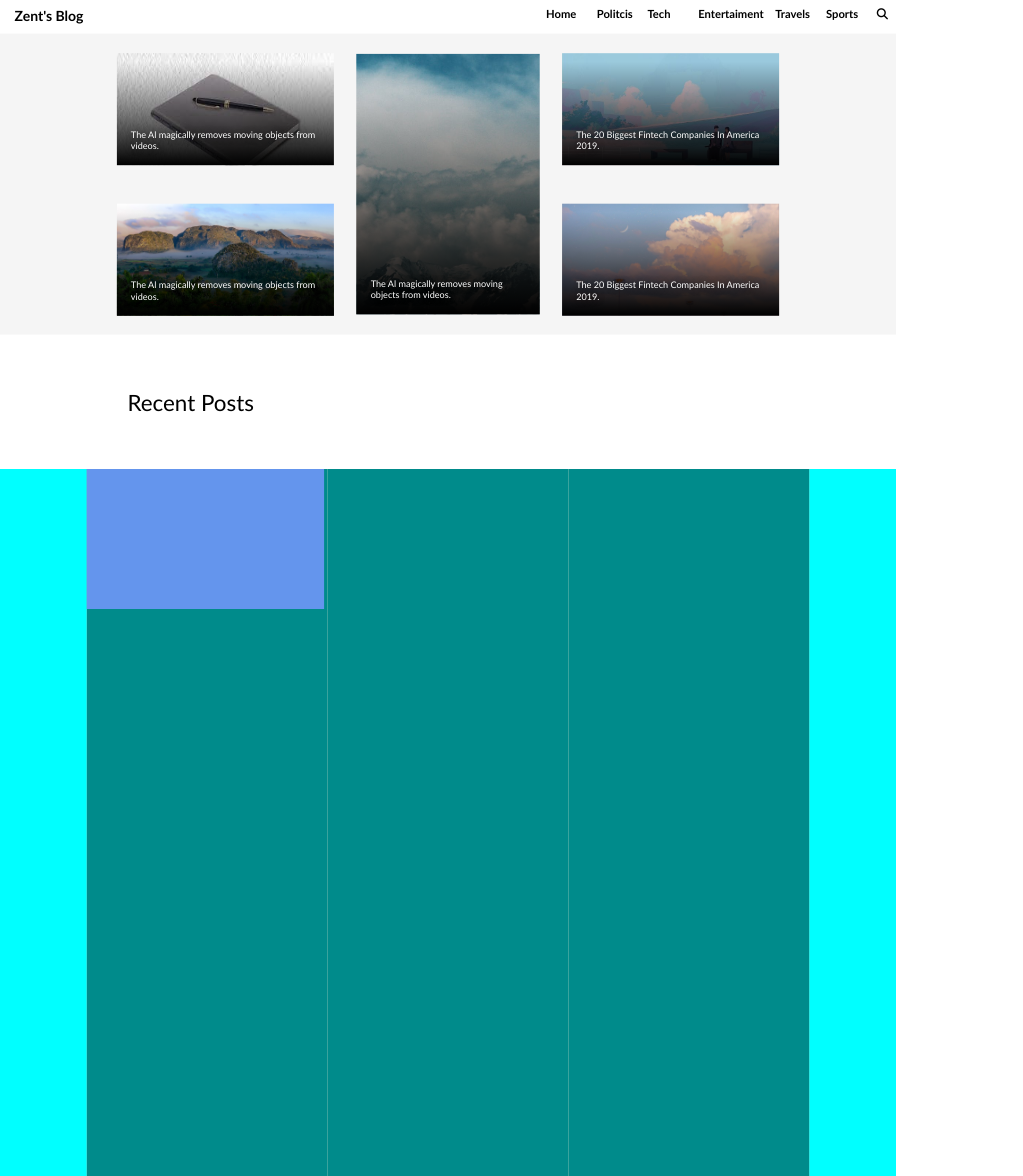
Repository: giacatdat2k5/html3
Page: html3.vs/7.1.html
An editor plug-in stored every save of this project. The page is shown before and after the next save, followed by the edit.
The browser window is 1280 px wide. The page is 1462 px wide, so the pictures cover 1462 px, including what lies to the right of the window. The pictures show the part of the page from y = 0 to 1680 px (the page is 2670 px tall), at 70% of full size.

Above is the page before, as saved 2023-09-27 15:04:20.

### html3.vs/7.1.html
<!DOCTYPE html>
<html lang="en">
<head>
    <meta charset="UTF-8">
    <meta name="viewport" content="width=device-width, initial-scale=1.0">
    <title>7.2</title>
    <link rel="stylesheet" type="text/css" href="7.1.css">
    <link rel="stylesheet" href="https://cdnjs.cloudflare.com/ajax/libs/font-awesome/6.4.2/css/all.min.css"/>
</head>
<body>
    <div id="header">
        <div class="logo">Zent's Blog </div>
        <div class="menu">
            <div class="items">Home</div>
            <div class="items">Politcis</div>
            <div class="items">Tech</div>
            <div class="items">Entertaiment</div>
            <div class="items">Travels</div>
            <div class="items">Sports</div>
            <div class="search"><i class="fa-solid fa-magnifying-glass"></i></div>
        </div>
    </div>
    <div id="content">
        <div class="left">
            <div class="imageleft">
                <div class="iamge1">
                    <div class="edit">The Al magically removes moving objects from videos.</div>
                </div>
                <div class="iamge2">
                    <div class="edit">The Al magically removes moving objects from videos.</div>
                </div>
            </div>
        </div>
        <div class="center">
            <div class="imagecenter">
                <div class="iamge3">
                    <div class="edit">The Al magically removes moving objects from videos.</div>
                </div>
            </div>
        </div>
        <div class="right">
            <div class="iamgeright">
                <div class="iamge4">
                    <div class="edit">
                        The 20 Biggest Fintech Companies In
                        America 2019.</div>
                </div>
                <div class="iamge5">
                    <div class="edit">
                        The 20 Biggest Fintech Companies In
                        America 2019.</div>
                </div>
            </div>
        </div>
    </div>
    <div id="header2">Recent Posts
    </div>
    <div id="content2">
        <div class="centercontent2">
            <div class="ccitems">
                <div class="picture"></div>
            </div>
            <div class="ccitems"></div>
            <div class="ccitems"></div>
            <div class="ccitems"></div>
            <div class="ccitems"></div>
            <div class="ccitems"></div>
            <div class="ccitems"></div>
            <div class="ccitems"></div>
            <div class="ccitems"></div>
        </div>
    </div>
</body>
</html>

### html3.vs/7.1.css
@media all and (min-width: 992px){
*{
    margin:0;
    padding: 0;
    font-family:'Trebuchet MS', 'Lucida Sans Unicode', 'Lucida Grande', 'Lucida Sans', Arial, sans-serif;
}
#header{
    width: 100%;
    height: 3em;
    display: flex;
    justify-content: space-between;
}
.logo{
    font-size: 20px;
    width: 120px;
    text-align: center;
    padding: 10px;
    font-weight: bold;
    font-family:'Trebuchet MS', 'Lucida Sans Unicode', 'Lucida Grande', 'Lucida Sans', Arial, sans-serif;

}
.menu{
    width: 510px;
    display: flex;
}
.items{
    width: 90px;
    padding: 10px;
    font-weight: bold;
    font-family:'Trebuchet MS', 'Lucida Sans Unicode', 'Lucida Grande', 'Lucida Sans', Arial, sans-serif;
}
.search{
    width: 30px;
    padding: 10px;
}
#content{
    width: 100%;
    height: 430px;
    background-color:whitesmoke;
    display: flex;
}
.left{
    width: 38%;
    height: 100%;

    display: flex;
    justify-content: right;
    align-items: center;
}
.center{
    width: 26%;
    height: 100%;
    display: flex;
    align-items:center;
    justify-content: center;
}
.right{
    width: 38%;
    height: 100%;

    display: flex;
    justify-content: left;
    align-items: center;
}
.imageleft{
    width: 65%;
    height: 100%;
    display: flex;
    flex-wrap: wrap;
    align-items: center;
}
.iamge1{
    background-image: url('image5.jpeg');
    background-size: cover;
    width: 100%;
    height: 160px;
    display:flex;
    align-items: end;
}
.iamge2{
    background-image: url('image3.jpeg');
    background-size: cover;
    width: 100%;
    height: 160px;
    display:flex;
    align-items: end;
}
.edit{
    width: 100%;
    height: 80%;
    background: linear-gradient(to bottom, transparent, rgba(0, 0, 0, 1));
    color:white;
    display:flex;
    align-items: end;
    padding-left: 20px;
    padding-bottom: 20px;
    padding-right: 20px;
    font-family:'Trebuchet MS', 'Lucida Sans Unicode', 'Lucida Grande', 'Lucida Sans', Arial, sans-serif;
    font-size: small;
    text-shadow: 0 0 10px rgba(0, 0, 0, 0.5);
}
.imagecenter{
    width: 80%;
    height:372px;
    align-items:center;
    justify-content: center;
}
.iamge3{
    background-image: url('anh dọc.jpeg');
    background-size: cover;
    width: 100%;
    height: 100%;
    display:flex;
    align-items: end;
}
.iamgeright{
    width: 65%;
    height: 100%;
    display: flex;
    flex-wrap: wrap;
    align-items: center;
}
.iamge4{
    background-image: url('anh ngang 1.jpeg');
    background-size: cover;
    width: 100%;
    height: 160px;
    display:flex;
    align-items: end;
}
.iamge5{
    background-image: url('ảnh ngnag 2.jpeg');
    background-size: cover;
    width: 100%;
    height: 160px;
    display:flex;
    align-items: end;
}
#header2{
    width: 100%;
    height: 6em;
    font-size:xx-large;
    display: flex;
    align-items: center;
    padding-left: 182px;
}
#content2{
    width: 100%;
    background-color: aqua;
    height: 2000px;
    display: flex;
    justify-content: center
}
.centercontent2{
    width:1032px;
    height: 93%;
    background-color: beige;
    display: flex;
    flex-wrap: wrap;
}
.ccitems{
    width: 33.33333%;
    height: 33.333333%;
    background-color: darkcyan;
}
.picture{
    width: 339px;
    height: 200px;
    background-color: cornflowerblue;
}
}

After the next save:
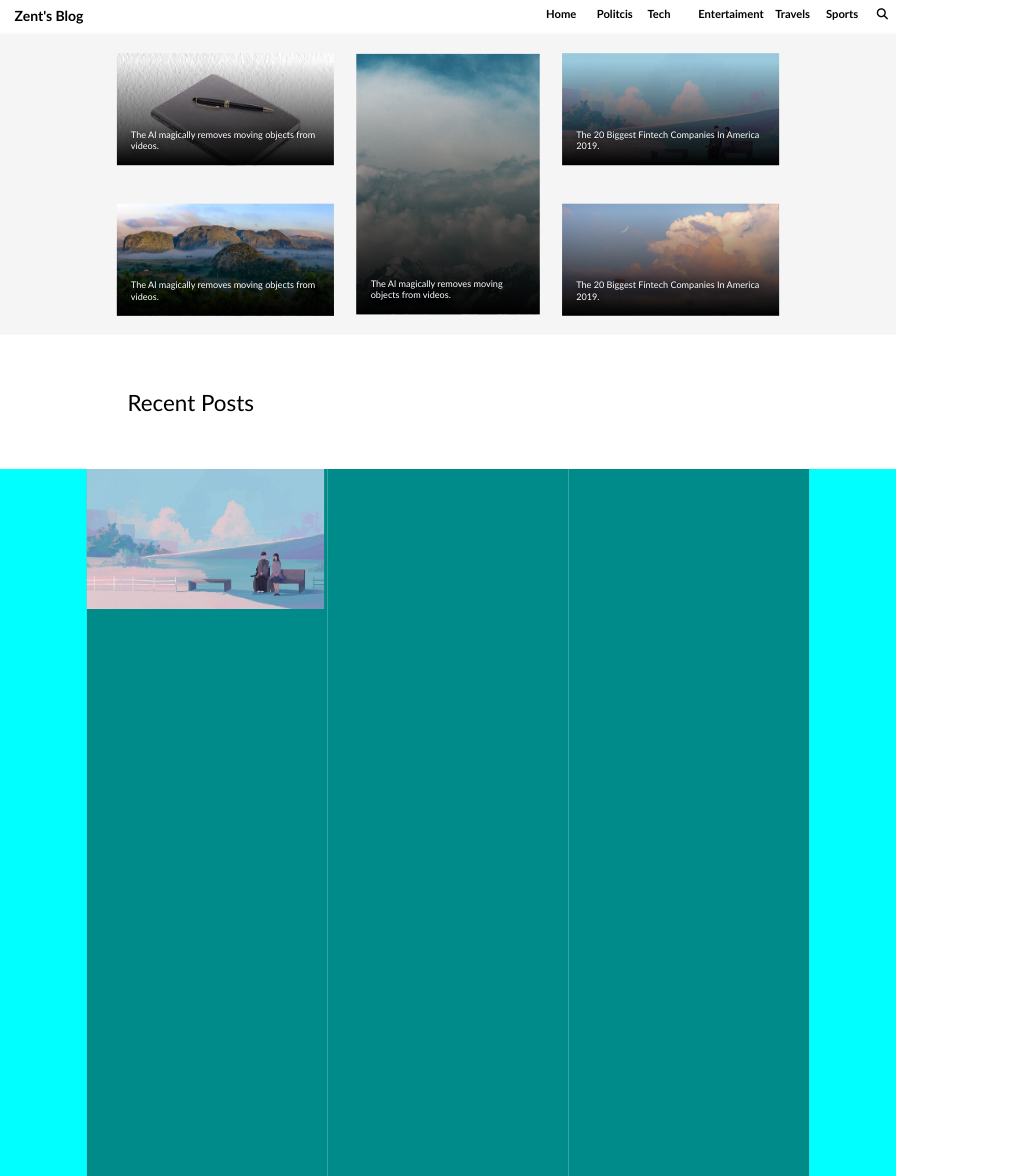
Saved 52 s later.
--- a/html3.vs/7.1.css
+++ b/html3.vs/7.1.css
@@ -166,6 +166,7 @@
 .picture{
     width: 339px;
     height: 200px;
-    background-color: cornflowerblue;
+    background-image: url('anh ngang 1.jpeg');
+    background-size: cover;
 }
 }
